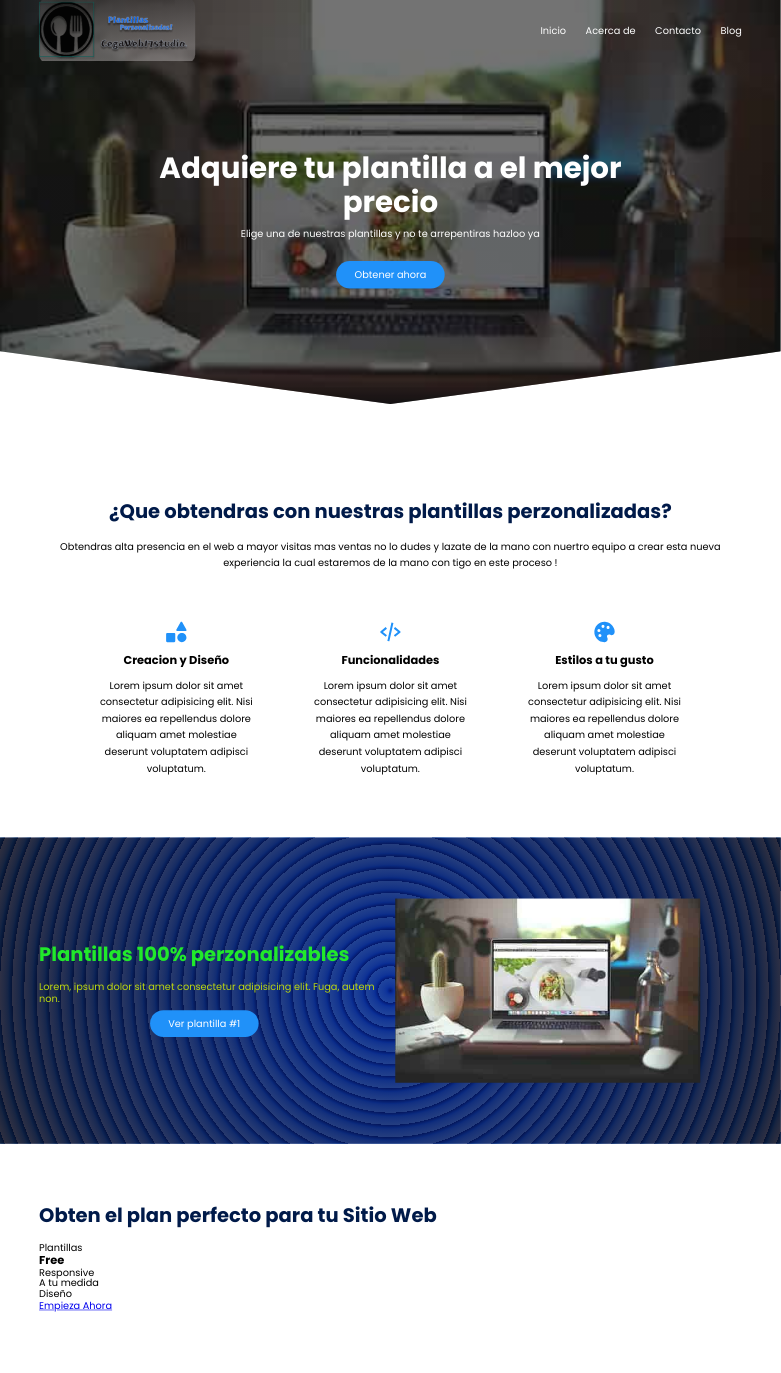
Repository: cega17/una-pagina-web
Page: index.html
An editor plug-in stored every save of this project. The page is shown before and after the next save, followed by the edit.
The browser window is 1280 px wide. The pictures show the whole page, at 61% of full size.

Above is the page before, as saved 2023-10-30 10:26:39.

### index.html
<!DOCTYPE html>
<html lang="en">
<head>
    <meta charset="UTF-8">
    <meta http-equiv="X-UA-Compatible" content="IE=edge">
    <meta name="viewport" content="width=device-width, initial-scale=1.0">
    <title>Una pagina web</title>
    <link rel="stylesheet" href="./css/normalize.css">
    <link rel="stylesheet" href="./css/styles.css">
    <link rel="icon" href="./imgs/logo.ico">
    <meta name="theme-color" content="#2091F9">

    <meta name="title" content="Obten la plantilla para tu negocio">
    <meta name="description"
        content="Hola, somos un equipo de desarrollo web que verás cuando busques algo de mi temática en Google.">
        <meta property="og:type" content="website">
    <meta property="og:url" content="Tu cueta donde este alojada la pagina web">

</head>
<body>

    <header class="hero">
        <nav class="nav container">
            <div class="nav__logo">
                <img src="./imgs/logo.ico" alt="" class="nav__title">
            </div>

            <ul class="nav__link nav__link--menu">
                <li class="nav__items">Inicio</li>
                <li class="nav__items">Acerca de</li>
                <li class="nav__items">Contacto</li>
                <li class="nav__items">Blog</li>

                <img src="./imgs/close.svg" alt="" class="nav__close">

            </ul>
            <div class="nav__menu">
                <img src="./imgs/menu.svg" alt="" class="nav__img">
            </div>
        </nav>

        <section class="hero__container container">
            <h1 class="hero__title">Adquiere tu plantilla a el mejor precio</h1>
            <p class="hero__paragraph">Elige una de nuestras plantillas y no te arrepentiras hazloo ya</p>
            <a href="#" class="cta">Obtener ahora</a>

        </section>

    </header>

    <main>

        <section class="container about">
            <h2 class="subtitle">¿Que obtendras con nuestras plantillas perzonalizadas?</h2>

            <p class="about__paragraph">Obtendras alta presencia en el web a mayor visitas mas ventas no lo dudes y lazate de la mano con nuertro equipo a crear esta nueva experiencia la cual estaremos de la mano con tigo en este proceso !
            </p>

            <div class="about__main">

                <article class="about__icons">
                    <img src="./imgs/shapes.svg" alt="" class="about__icon">
                    <h3 class="about__title">Creacion y Diseño</h3>
                    <p class="about__paragraph">Lorem ipsum dolor sit amet consectetur adipisicing elit. Nisi maiores ea repellendus dolore aliquam amet molestiae deserunt voluptatem adipisci voluptatum.</p>
                </article>

                <article class="about__icons">
                    <img src="./imgs/code.svg" alt="" class="about__icon">
                    <h3 class="about__title">Funcionalidades</h3>
                    <p class="about__paragraph">Lorem ipsum dolor sit amet consectetur adipisicing elit. Nisi maiores ea repellendus dolore aliquam amet molestiae deserunt voluptatem adipisci voluptatum.</p>
                </article>

                <article class="about__icons">
                    <img src="./imgs/paint.svg" alt="" class="about__icon">
                    <h3 class="about__title">Estilos a tu gusto </h3>
                    <p class="about__paragraph">Lorem ipsum dolor sit amet consectetur adipisicing elit. Nisi maiores ea repellendus dolore aliquam amet molestiae deserunt voluptatem adipisci voluptatum.</p>
                </article>

            </div>
        </section>

        <section class="knowledge">
            <div class="knowledge__container container">
                <div class="knowledge__texts">
                    <h2 class="subtitle__knowledge">Plantillas 100% perzonalizables</h2>
                    <p class="knowledge__paragraph2">Lorem, ipsum dolor sit amet consectetur adipisicing elit. Fuga, autem non.</p>
                    <a href="" class="cta__knowledge">Ver plantilla #1</a>
                </div>
                <figure class="knowledge__picture">
                    <img src="./imgs/fondo-una-pagina.jpg" class="knowledge__img" alt="">
                </figure>
            </div>
        </section>

        <section class="price container">
            <h2 class="subtitle">Obten el plan perfecto para tu Sitio Web</h2>
            <div class="price__table">
                <div class="price__element">
                    <p class="plan__name">Plantillas</p>
                    <h3 class="plan__price">Free</h3>

                    <div class="plan__items">
                        <p class="plan__features">Responsive</p>
                        <p class="plan__features">A tu medida</p>
                        <p class="plan__features">Diseño</p>
                    </div>

                    <a href="#" class="plan_cta">Empieza Ahora</a>
                </div>
            </div>
        </section>


    </main>

</body>
</html>

### css/styles.css
@import url('https://fonts.googleapis.com/css2?family=Poppins:wght@300;400;600;700&display=swap');

:root {
    --padding-container: 100px 0;
    --color-title: #001A49;
}

body {
    font-family: 'Poppins', sans-serif;
}
.container{
    width: 90%;
    max-width: 1200px;
    margin: 0 auto;
    overflow: hidden;
    padding: var(--padding-container);
}

.hero{

    width: 100%;
    height: 100vh;
    min-height: 600px;
    max-height: 800px;
    position: relative;
    display: grid;
    grid-template-rows: 100px 1fr;
    color: #fff;
}

.hero::before{
    content: "";
    position: absolute;
    top: 0;
    left: 0;
    width: 100%;
    height: 100%;
    background-image: linear-gradient(180deg, #0000008c 0%, #0000008c 100%), url('../imgs/fondo-una-pagina.jpg');
    background-size: cover;
    clip-path: polygon(0 0, 100% 0, 100% 80%, 50% 92%, 0 80%);
    z-index: -1;
}

/* Inicio de nav*/

.nav{
    --padding-container:0;
    height: 100%;
    display:flex;
    align-items: center;
}
.nav__title{
    font-weight: 300;
}

.nav__link{
    margin-left: auto;
    padding: 0;
    display: grid;
    grid-auto-flow: column;
    grid-auto-columns: max-content;
    gap: 2em;
}
.nav__items{
    list-style: none;
}
.nav__links{
    color:#fff;
    text-decoration: none;
}
.nav__menu{
    margin-left: auto;
    cursor: pointer;
    display:none;
}
.nav__img{
    display: block;
    width: 30px;
}
.nav__close{
    display: var(--show, none);
}

/* fin de nav */

/* Inicio hero container */

.hero__container{
    max-width: 800px;
    --padding-container:0;
    display: grid;
    grid-auto-rows: max-content;
    align-content: center;
    gap: 1em;
    padding-bottom: 100px;
    text-align: center;
}
.nav__logo{
    background:linear-gradient(180deg, #4441418c 0%, #aeaaaa84 100%);
    border-radius:15px;


}
.hero__title{
    font-size: 3rem;

}
.hero__paragraph{
    margin-bottom: 20px;

}
.cta{
    display: inline-block;
    background-color: #2091f9;
    justify-self: center;
    color:#fff;
    text-decoration: none;
    padding:13px 30px ;
    border-radius: 32px;

}
.cta:hover{
    display: inline-block;
    background-color: #d4d5d6;
    justify-self: center;
    color:#f406bd;
    text-decoration: none;
    padding:13px 30px ;
    border-radius: 32px;
}

/* Inicio about */

.about{
    text-align: center;
}
.subtitle{
    color: var( --color-title);
    font-size: 2rem;
    margin-bottom: 25px;
}
.about__paragraph{
    line-height: 1.7;
}
.about__main{
    padding-top: 80px;
    display: grid;
    width: 90%;
    margin: 0 auto;
    gap: 1em;
    overflow: hidden;
    grid-template-columns: repeat(auto-fit, minmax(260px, auto));
}
.about__icons{
    display: grid;
    gap: 1em;
    justify-items: center;
    width: 260px;
    overflow: hidden;
    margin: 0 auto;
}
.about__icon{
    width: 40px;
}

/* Fin about */

/* Inicio knowledge */

.knowledge{
    background-color: #8383a1;
    background-image: radial-gradient(circle at center center, #3d86fc, #5a5a63), repeating-radial-gradient(circle at center center, #1e5fba, #44a9f7, 10px, transparent 20px, transparent 10px);
    background-blend-mode: multiply;
    overflow: hidden;
}

.knowledge__container{
    display: grid;
    grid-template-columns: 1fr 1fr;
    gap: 1em;
    align-items:center;


}
.subtitle__knowledge{
    color: rgb(33, 233, 43);

    font-size: 2rem;
    margin-bottom: 25px;
}
.knowledge__paragraph2{
    color: rgb(189, 216, 14);
    padding-bottom: 10px;
}
.knowledge__picture{
    max-width: 500px;
}
.knowledge__img{
    width: 100%;
    display: block;
}
.cta__knowledge{
    display: inline-block;
    background-color: #2091f9;
    justify-self: center;
    color:#fff;
    text-decoration: none;
    padding:13px 30px ;
    border-radius: 32px;
    margin-left: 32%;

}
.cta__knowledge:hover{
    display: inline-block;
    background-color: #151617;
    justify-self: center;
    color:#f45506;
    text-decoration: none;
    padding:13px 30px ;
    border-radius: 32px;
}

### imgs/close.svg
<svg xmlns="http://www.w3.org/2000/svg" width="24" height="24" viewBox="0 0 24 24" style="fill: #fff);transform: ;msFilter:;"><path d="M12 2C6.486 2 2 6.486 2 12s4.486 10 10 10 10-4.486 10-10S17.514 2 12 2zm4.207 12.793-1.414 1.414L12 13.414l-2.793 2.793-1.414-1.414L10.586 12 7.793 9.207l1.414-1.414L12 10.586l2.793-2.793 1.414 1.414L13.414 12l2.793 2.793z"></path></svg>

### imgs/menu.svg
<svg xmlns="http://www.w3.org/2000/svg" width="24" height="24" viewBox="0 0 24 24" style="fill: #fff);transform: ;msFilter:;"><path d="M4 6h16v2H4zm4 5h12v2H8zm5 5h7v2h-7z"></path></svg>

### imgs/shapes.svg
<svg xmlns="http://www.w3.org/2000/svg" width="24" height="24" viewBox="0 0 24 24" style="fill: #2091f9;transform: ;msFilter:;"><path d="M17.867 2.504c-.355-.624-1.381-.623-1.736 0l-3.999 7A1 1 0 0 0 13 11h8a1.001 1.001 0 0 0 .868-1.496l-4.001-7zM3 22h7a1 1 0 0 0 1-1v-7a1 1 0 0 0-1-1H3a1 1 0 0 0-1 1v7a1 1 0 0 0 1 1zm14.5-9c-2.481 0-4.5 2.019-4.5 4.5s2.019 4.5 4.5 4.5 4.5-2.019 4.5-4.5-2.019-4.5-4.5-4.5z"></path></svg>

### imgs/code.svg
<svg xmlns="http://www.w3.org/2000/svg" width="24" height="24" viewBox="0 0 24 24" style="fill:  #2091f9;transform: ;msFilter:;"><path d="m7.375 16.781 1.25-1.562L4.601 12l4.024-3.219-1.25-1.562-5 4a1 1 0 0 0 0 1.562l5 4zm9.25-9.562-1.25 1.562L19.399 12l-4.024 3.219 1.25 1.562 5-4a1 1 0 0 0 0-1.562l-5-4zm-1.649-4.003-4 18-1.953-.434 4-18z"></path></svg>

### imgs/paint.svg
<svg xmlns="http://www.w3.org/2000/svg" width="24" height="24" viewBox="0 0 24 24" style="fill:  #2091f9;transform: ;msFilter:;"><path d="M9.38 21.646A9.985 9.985 0 0 0 12 22l.141-.001a2.998 2.998 0 0 0 2.515-1.425c.542-.876.6-1.953.153-2.88l-.198-.415c-.453-.942-.097-1.796.388-2.281.485-.485 1.341-.841 2.28-.388h.001l.413.199a2.99 2.99 0 0 0 2.881-.153A2.997 2.997 0 0 0 22 12.141a9.926 9.926 0 0 0-.353-2.76c-1.038-3.827-4.353-6.754-8.246-7.285-3.149-.427-6.241.602-8.471 2.833S1.666 10.247 2.096 13.4c.53 3.894 3.458 7.208 7.284 8.246zM15.5 6a1.5 1.5 0 1 1 0 3 1.5 1.5 0 0 1 0-3zm-5-1a1.5 1.5 0 1 1 0 3 1.5 1.5 0 0 1 0-3zM9 15.506a1.5 1.5 0 1 1-3 0 1.5 1.5 0 0 1 3 0zm-2.5-6.5a1.5 1.5 0 1 1-.001 3.001A1.5 1.5 0 0 1 6.5 9.006z"></path></svg>

Loaded but not shown: css/normalize.css (library)

After the next save:
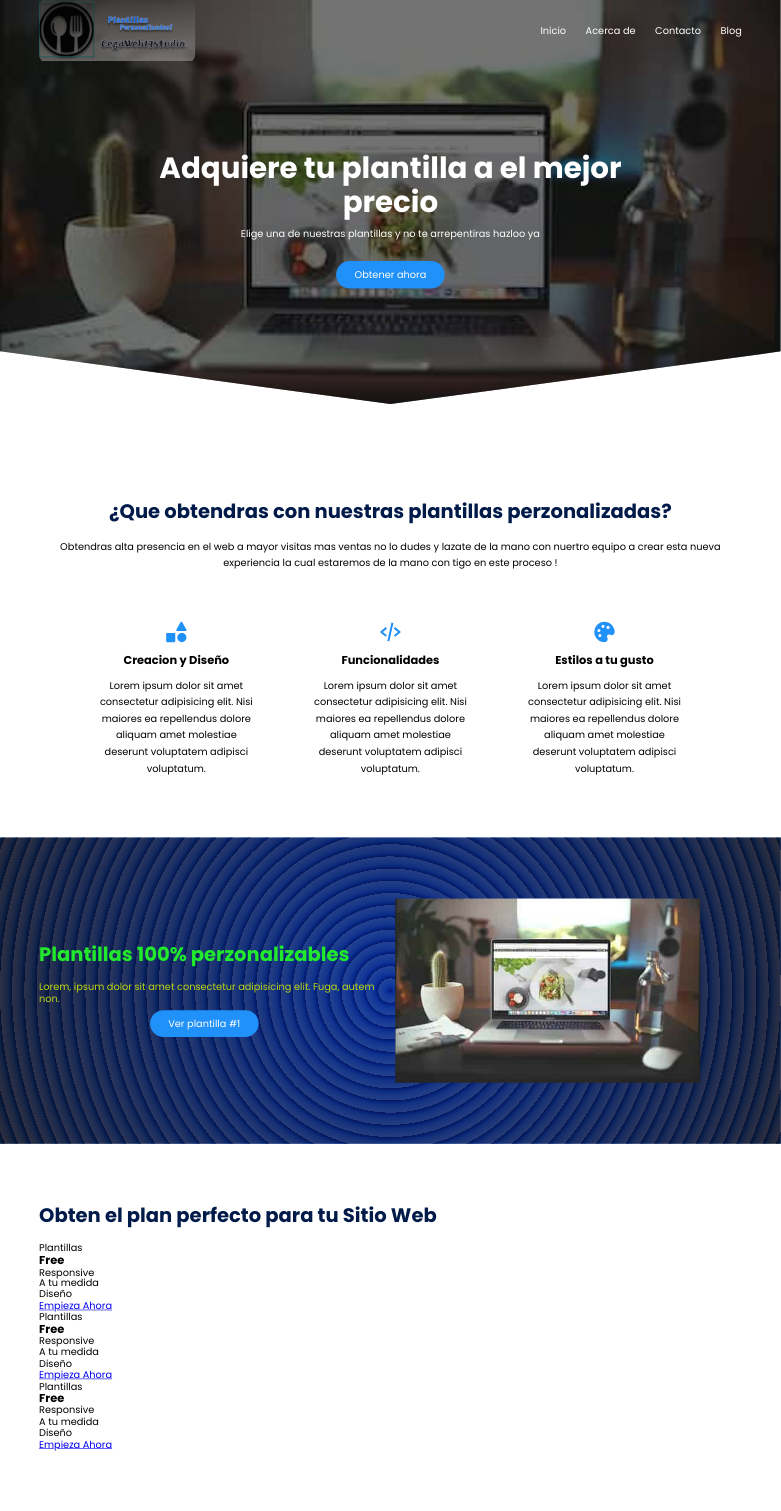
Saved 76 s later.
--- a/index.html
+++ b/index.html
@@ -107,6 +107,34 @@
 
                     <a href="#" class="plan_cta">Empieza Ahora</a>
                 </div>
+
+            <div class="price__table">
+                <div class="price__element">
+                    <p class="plan__name">Plantillas</p>
+                    <h3 class="plan__price">Free</h3>
+
+                    <div class="plan__items">
+                        <p class="plan__features">Responsive</p>
+                        <p class="plan__features">A tu medida</p>
+                        <p class="plan__features">Diseño</p>
+                    </div>
+
+                    <a href="#" class="plan_cta">Empieza Ahora</a>
+                </div>
+
+            <div class="price__table">
+                <div class="price__element">
+                    <p class="plan__name">Plantillas</p>
+                    <h3 class="plan__price">Free</h3>
+
+                    <div class="plan__items">
+                        <p class="plan__features">Responsive</p>
+                        <p class="plan__features">A tu medida</p>
+                        <p class="plan__features">Diseño</p>
+                    </div>
+
+                    <a href="#" class="plan_cta">Empieza Ahora</a>
+                </div>
             </div>
         </section>
 
